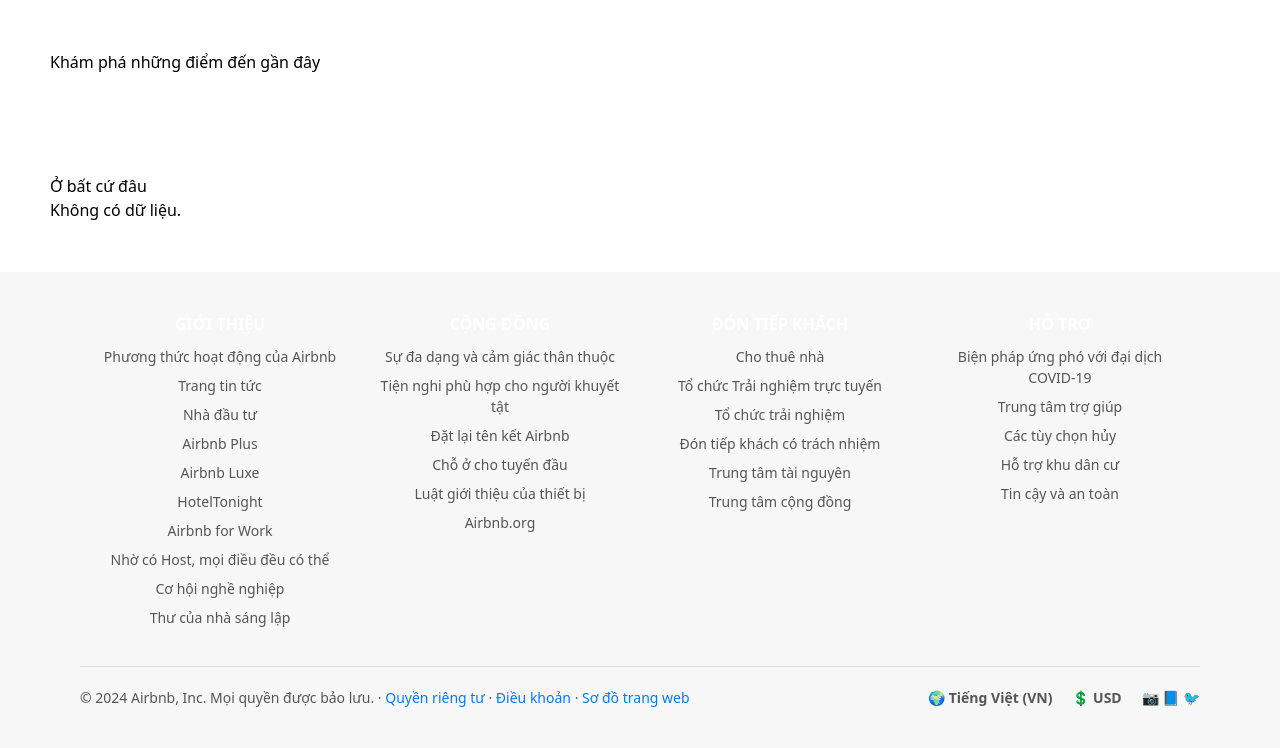
Repository: BlackWolf2002/project_airbn_react
Page: /
An editor plug-in stored every save of this project. The page is shown before and after the next save, followed by the edit.
The browser window is 1280 px wide. The pictures show the part of the page from y = 476 to 1256 px (the page is 1224 px tall before and 1256 px after).
The page's requests for data from a server got no answer. The project was rebuilt for these pictures with package versions that can differ from the ones it lists, and the page was loaded fresh each time. No one was signed in, and anything a server would have sent is missing. Also part of the build but not shown: vite.config.js, src/api/authService.js, src/style/Login.css, src/components/Login.jsx.

Above is the page before, as saved 2025-02-05 02:04:08.

After the next save:
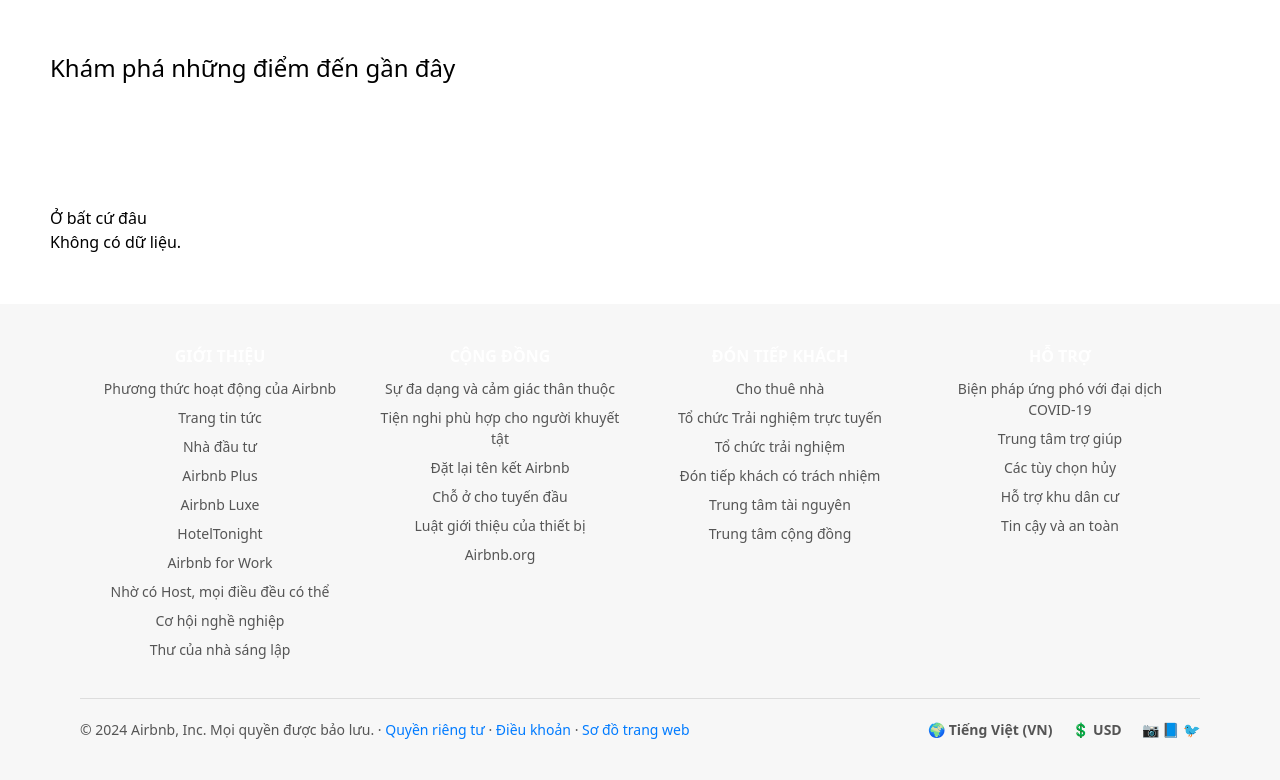
Saved 55 s later.
--- a/src/style/Home.css
+++ b/src/style/Home.css
@@ -99,6 +99,59 @@
     width: 200px;
 }
 
+/* Phần "Khám phá những điểm đến gần đây" */
+.locations {
+    padding: 50px;
+}
+
+.locations h2 {
+    font-size: 24px;
+    margin-bottom: 20px;
+}
+
+/* Tạo layout lưới */
+.location-grid {
+    display: grid;
+    grid-template-columns: repeat(auto-fit, minmax(200px, 1fr));
+    gap: 20px;
+}
+
+/* Thẻ chứa từng địa điểm */
+.location-card {
+    display: flex;
+    align-items: center;
+    gap: 10px;
+    padding: 15px;
+    border-radius: 12px;
+    background-color: white;
+    box-shadow: 0px 4px 10px rgba(0, 0, 0, 0.1);
+    transition: transform 0.2s ease-in-out;
+}
+
+.location-card:hover {
+    transform: scale(1.05);
+}
+
+/* Hình ảnh */
+.location-card img {
+    width: 50px;
+    height: 50px;
+    border-radius: 10px;
+}
+
+/* Thông tin địa điểm */
+.location-info h3 {
+    font-size: 16px;
+    font-weight: bold;
+    margin: 0;
+}
+
+.location-info p {
+    font-size: 14px;
+    color: gray;
+    margin: 0;
+}
+
 /* Footer */
 .footer {
     background: #333;
